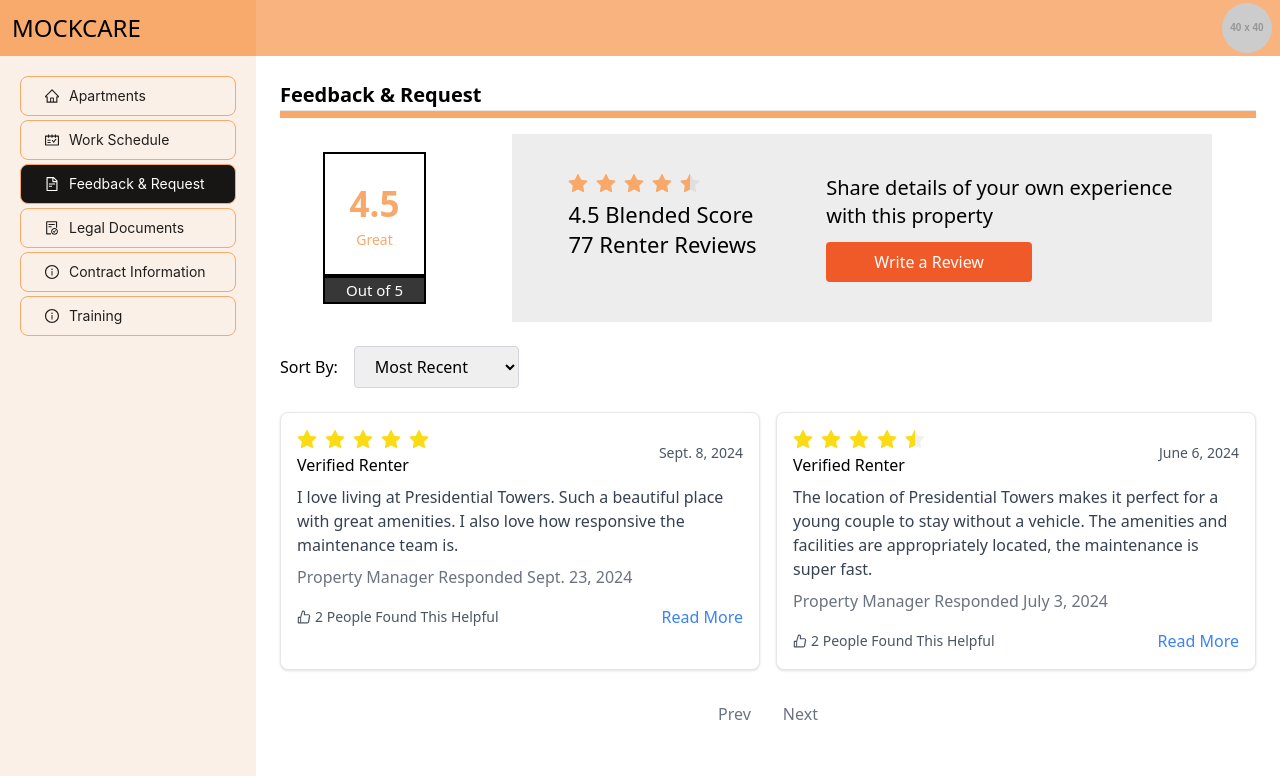
Repository: dunh-real/MockProject_102024_Nhom4
Page: / (app in frontend/)
These files come from the project's save history. The page is drawn as it stood at one moment and after the next save; the edit follows.
The browser window is 1280 px wide. The pictures show the whole page.
The project was rebuilt for these pictures with package versions that can differ from the ones it lists, and the page was loaded fresh each time. Also part of the build but not shown: frontend/vite.config.js, frontend/vite.config.ts, frontend/src/App.css, frontend/src/component/ReviewModal.tsx.

Above is the page before, as saved 2024-10-09 13:47:57.

After the next save:
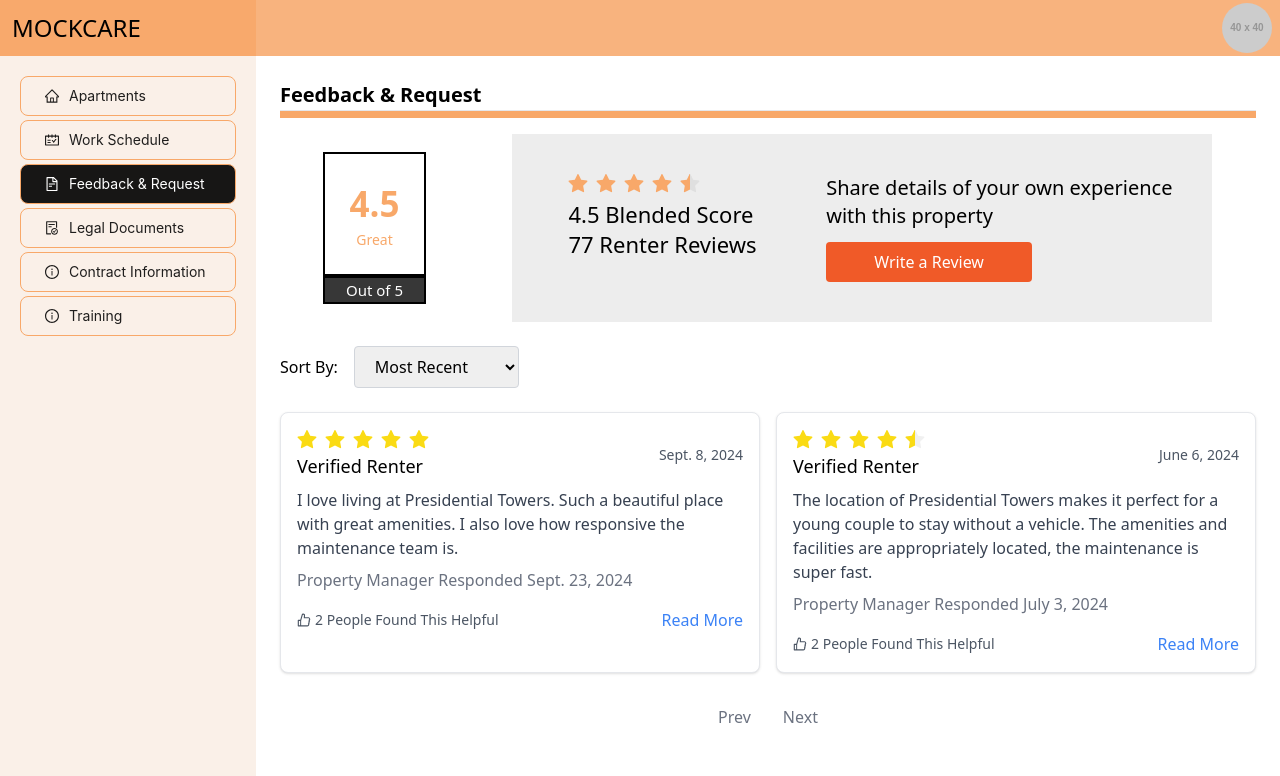
Saved 24 s later.
--- a/frontend/src/pages/Feedback&Request/Feedback&Request.tsx
+++ b/frontend/src/pages/Feedback&Request/Feedback&Request.tsx
@@ -115,7 +115,7 @@ const ReviewList: React.FC = () => {
                                 <div className="flex justify-between items-center mb-2">
                                     <div>
                                         <Rate allowHalf defaultValue={review.rating} disabled />
-                                        <p>{review.renter}</p>
+                                        <p className='text-[18px]'>{review.renter}</p>
                                     </div>
                                     <span className="text-sm text-gray-600">{review.date}</span>
                                 </div>
